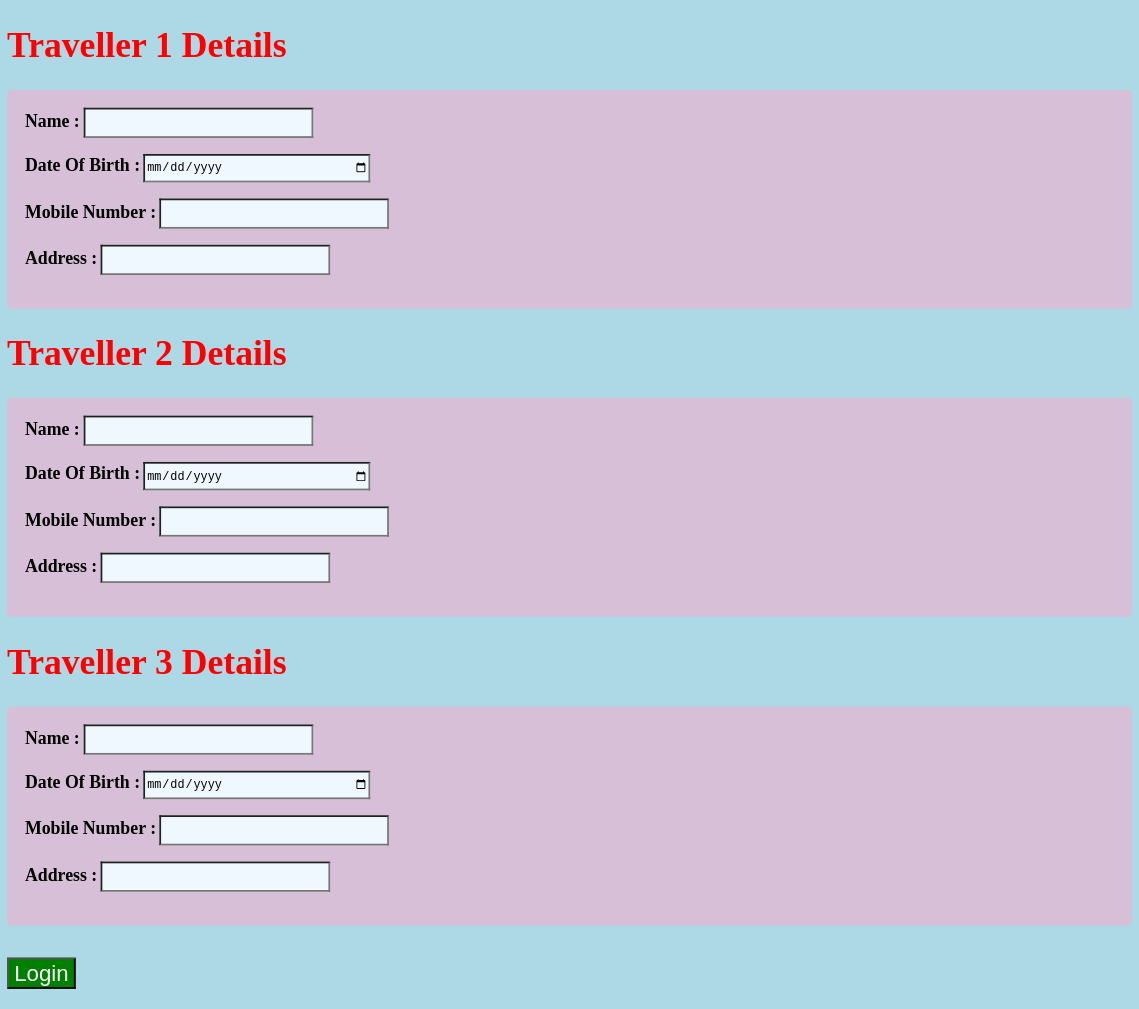
Repository: KanimozhiThandapani/Phase2AirlineBookingProject
Page: http://localhost/AirlineBooking/registrationPage.jsp
An editor plug-in stored every save of this project. The page is shown before and after the next save, followed by the edit.
The browser window is 1280 px wide. The pictures show the whole page, at 89% of full size.
The page is served by Tomcat 9.

Above is the page before, as saved 2022-04-26 07:39:30.

After the next save:
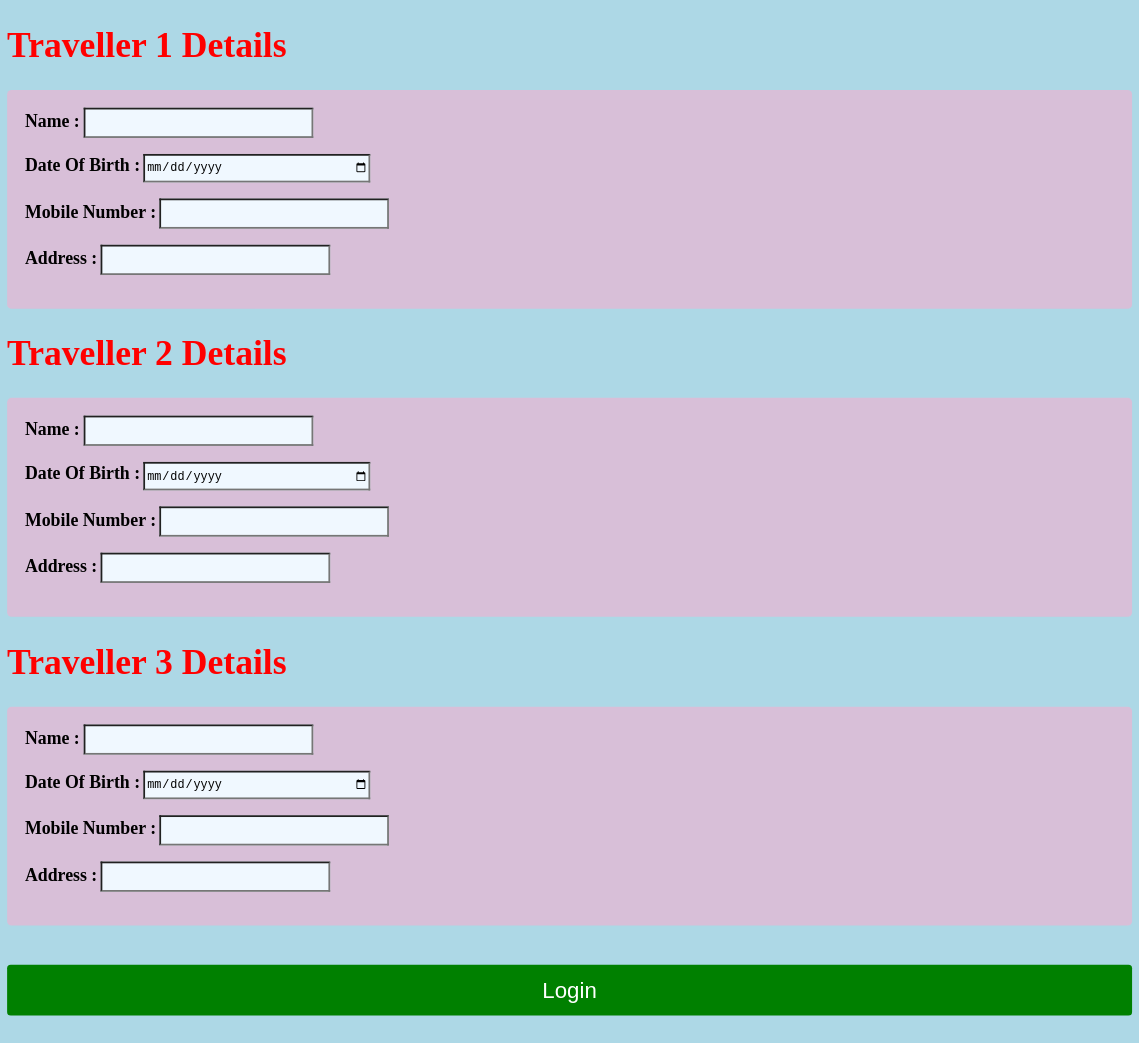
Saved 47 s later.
--- a/AirlineBooking/WebContent/registrationPage.jsp
+++ b/AirlineBooking/WebContent/registrationPage.jsp
@@ -8,6 +8,23 @@ h1 {
   font-size: 40px;
   color: red;
   font-family: 'Brush Script MT', cursive;
+}
+
+input[type=submit] {
+  width: 100%;
+  background-color: purple;
+  color: white;
+  padding: 14px 20px;
+  margin: 8px 0;
+  border: none;
+  border-radius: 4px;
+  cursor: pointer;
+  text-align: center;
+}
+
+input[type=submit]:hover {
+  background-color: #45a049;
+  text-align: center;
 }
 
 div {
@@ -78,6 +95,7 @@ h3 {
 
  </div>
  <br> <br>
+
  <input type="submit" value="Login" style="font-size: 25px;background: green;color: #FFF;"><br> <br>
  </form>
 </body>
